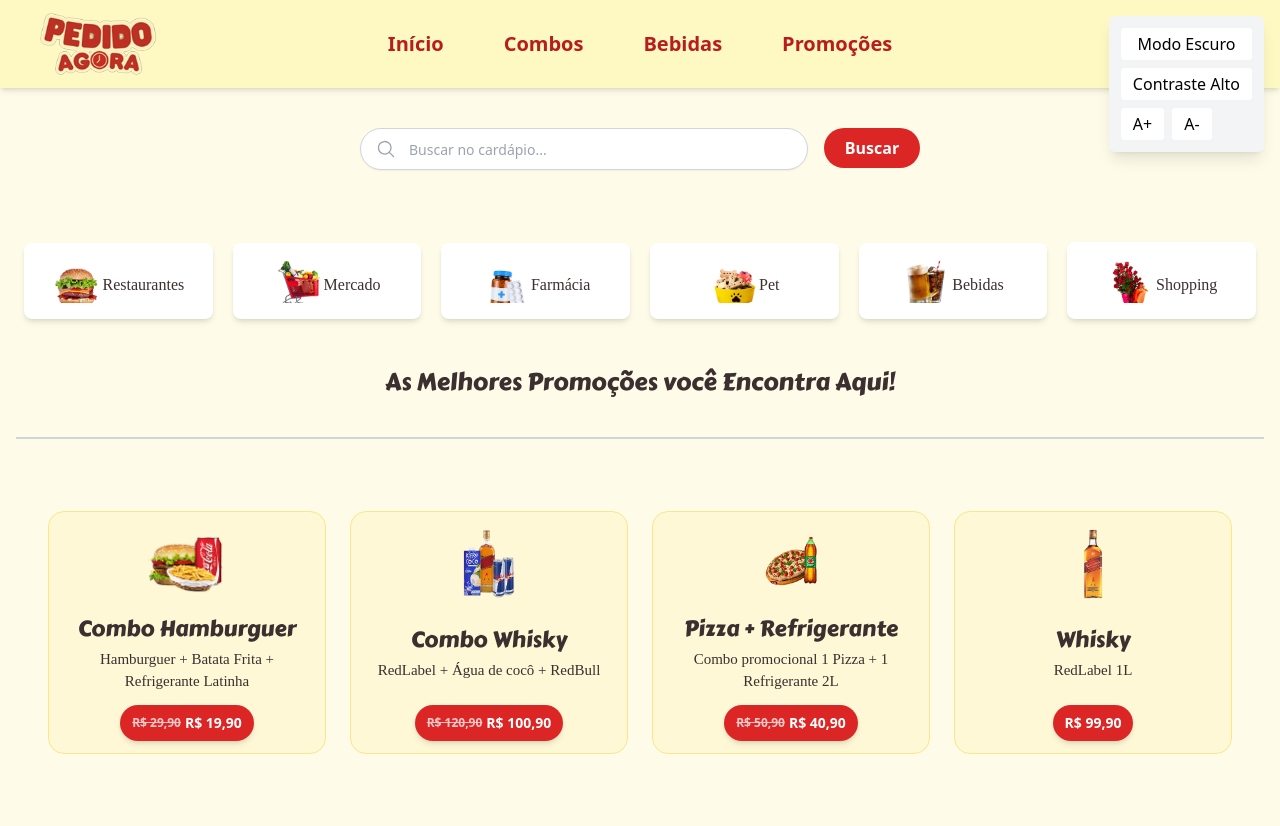
Repository: edufilhocruz/pedidoagora
Page: /pagePromocoes
The author's editor kept a copy of each file at every save. The page is drawn from the files as they stood at one save, then again after the next save.
The browser window is 1280 px wide. The pictures show the whole page.
Some web fonts or font styles are not loaded; a fallback is used. The project was rebuilt for these pictures with package versions that can differ from the ones it lists, and the page was loaded fresh each time. The framework's server and built-in components were replaced by stand-ins that run in the browser. Also part of the build but not shown: next.config.mjs, src/components/CardsRestaurantes.jsx.

Above is the page before, as saved 2025-06-21 20:56:29.

After the next save:
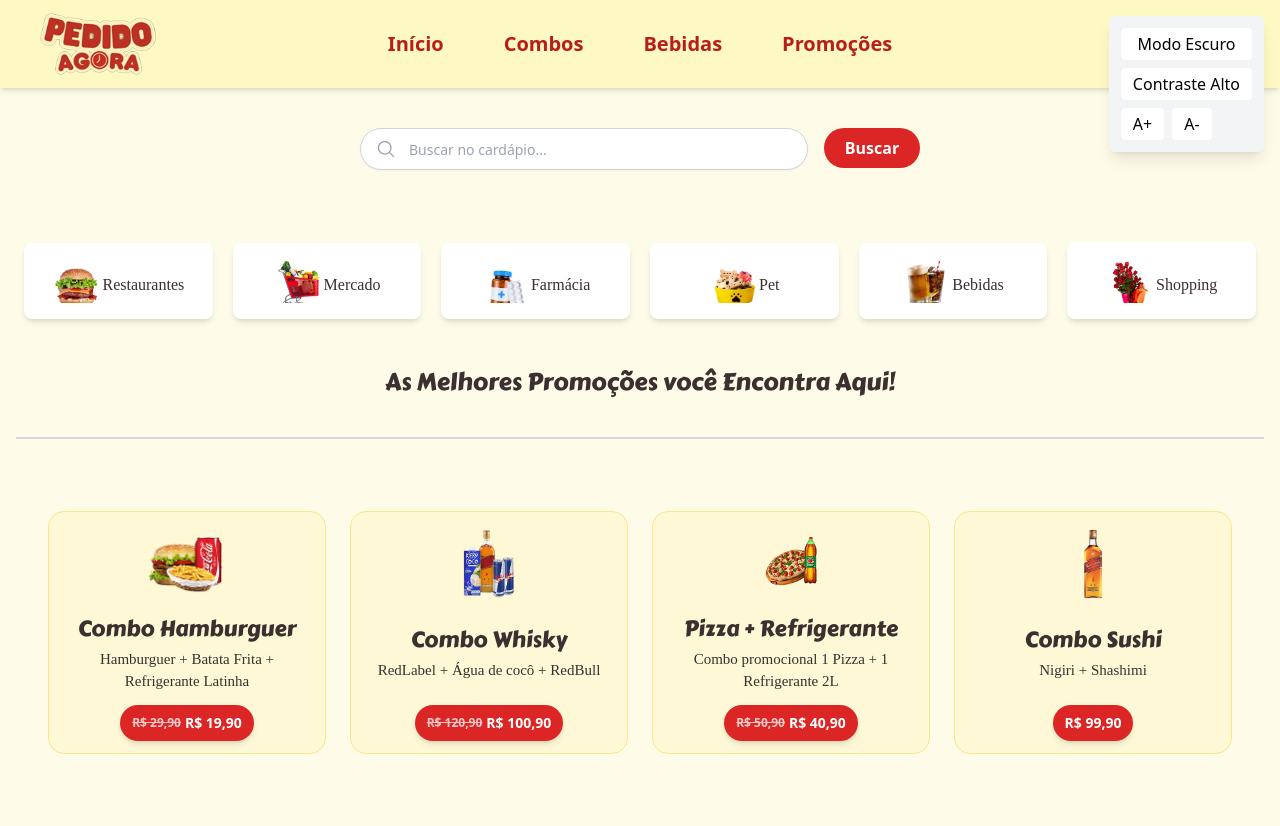
Saved 14 s later.
--- a/src/components/PagePromocoes/CardsPromocoes.jsx
+++ b/src/components/PagePromocoes/CardsPromocoes.jsx
@@ -30,9 +30,9 @@
         image: "/images/comboPizza.png"
     },
     {
-        id: 'Whisky',
-        name: 'Whisky',
-        description: 'RedLabel 1L ',
+        id: 'combo_de_Sushi',
+        name: 'Combo Sushi',
+        description: 'Nigiri + Shashimi ',
         price: 'R$ 99,90',
         image: '/images/Whisky.png',
     },
